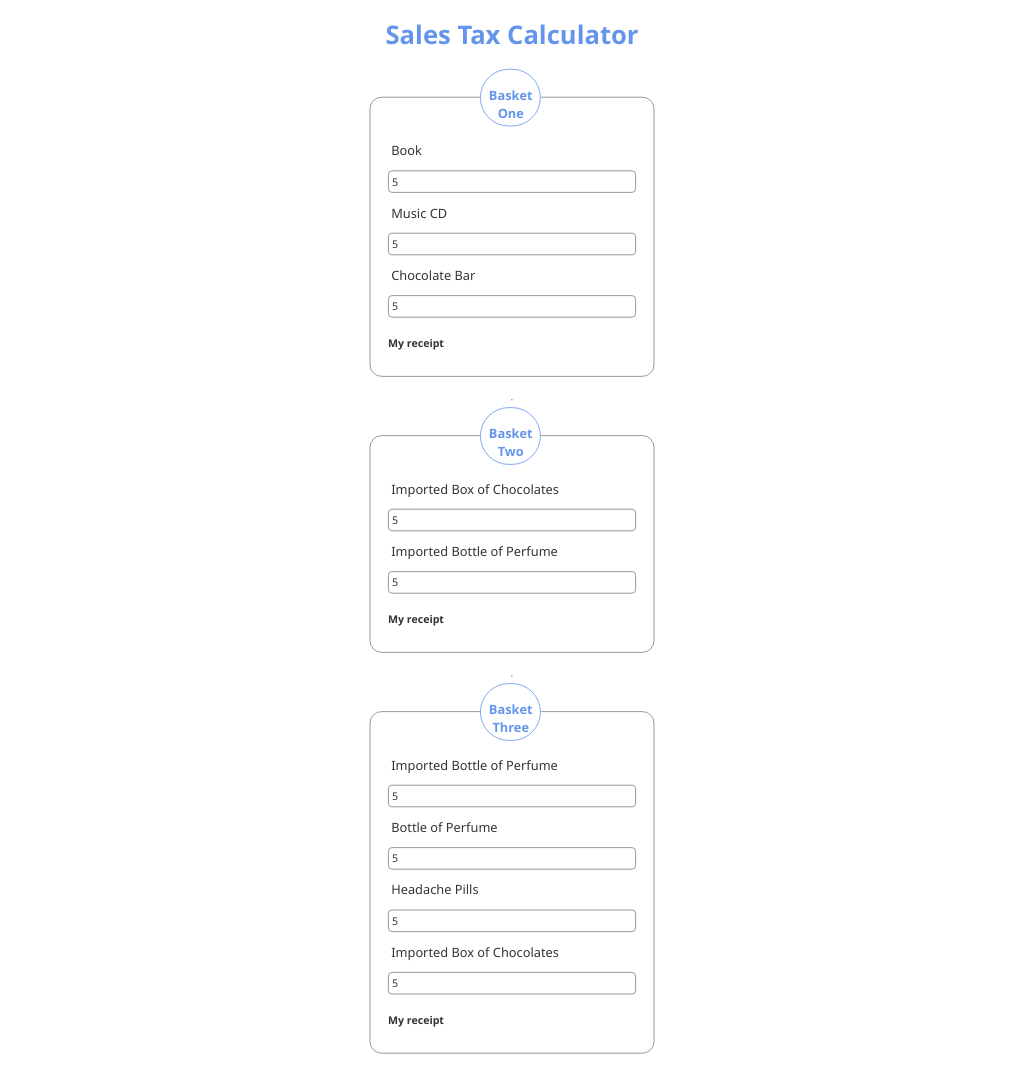
Repository: duzzisantos/sales-tax
Page: index.html
An editor plug-in stored every save of this project. The page is shown before and after the next save, followed by the edit.
The browser window is 1280 px wide. The pictures show the whole page, at 80% of full size.
Empty fields were first filled with sample values (such as "Sample", 5 or name@example.com).
After loading, the first visible `#imported-box-chocolate` was changed once.

Above is the page before, as saved 2022-05-25 23:17:22.
Console error: ReferenceError: importe is not defined

After the next save:
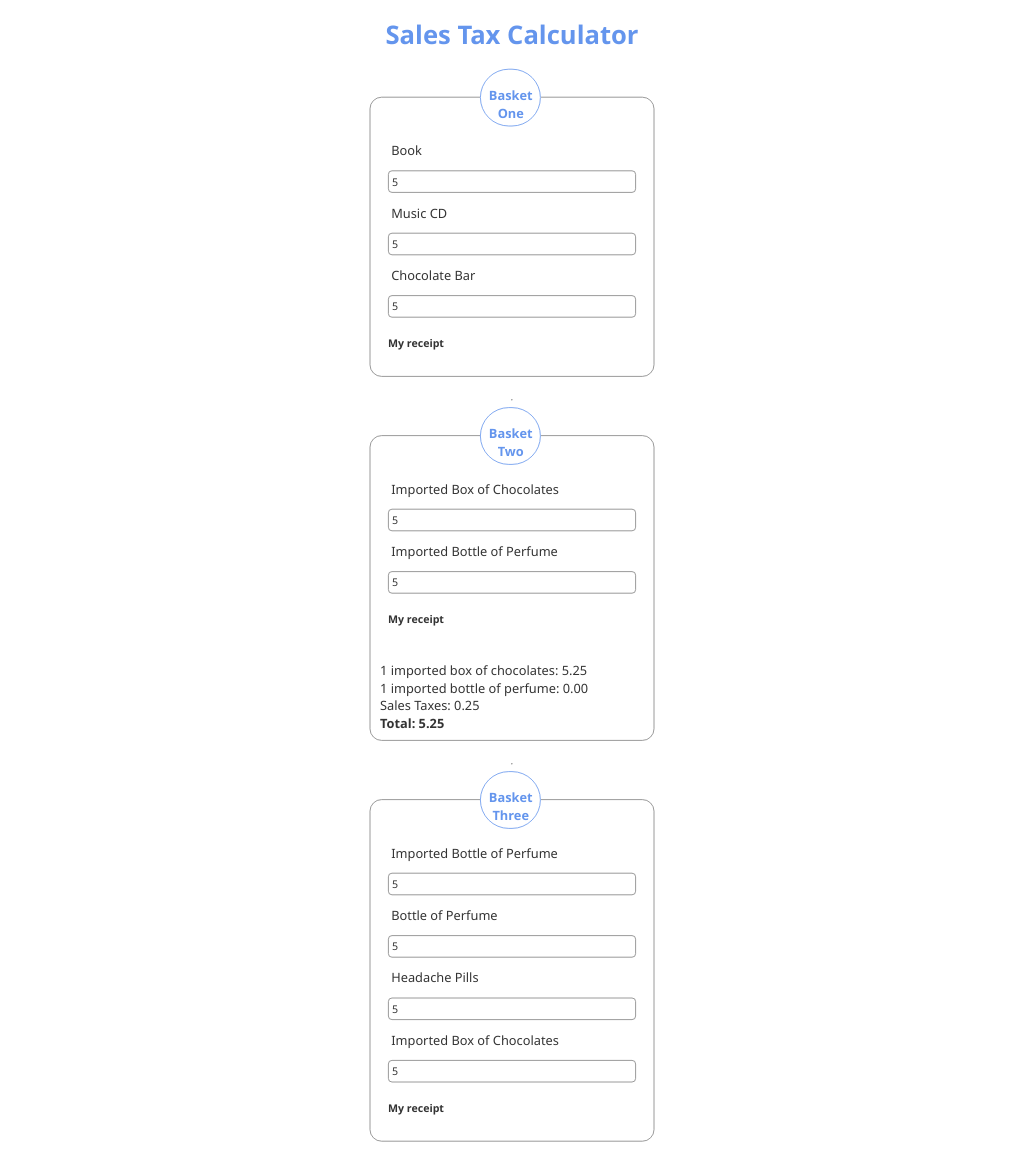
The error is gone.
Saved 31 s later.
--- a/second.js
+++ b/second.js
@@ -34,6 +34,6 @@ const basketTwo = () => {
 
   const listTwo = document.getElementById("listTwo")
   listTwo.innerHTML = `<br>1 imported box of chocolates:
-   ${importedChocolatePlusTax.toFixed(2)}<br>1 imported bottle of perfume: ${(Math.ceil(importe))}
+   ${importedChocolatePlusTax.toFixed(2)}<br>1 imported bottle of perfume: ${importedPerfumePlusTax.toFixed(2)}
    <br>Sales Taxes: ${roundedTaxes}<br><b>Total: ${roundedPayment}</b><br>`
 };
